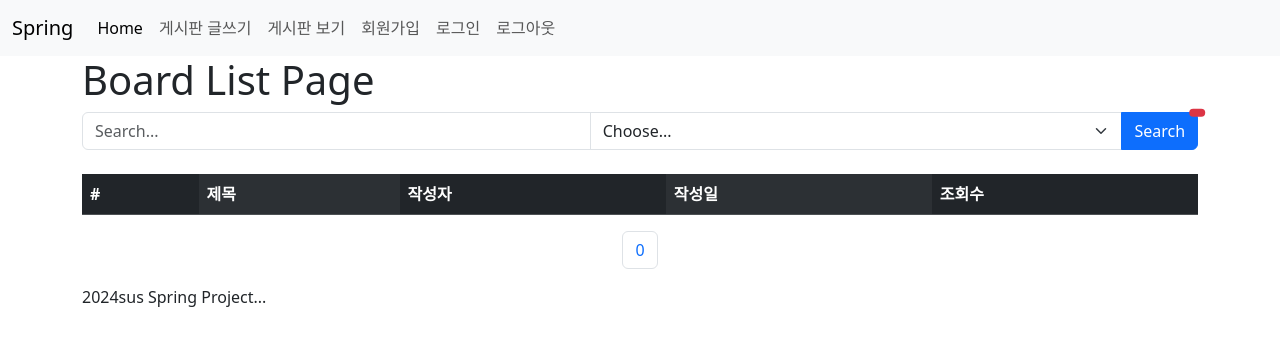
Repository: Ceciliaseon/springTest20240430
Page: http://localhost/spring_study/WEB-INF/views/board/list.jsp
These files come from the project's save history. The page is drawn as it stood at one moment and after the next save; the edit follows.
The browser window is 1280 px wide. The pictures show the whole page.
The page is served by Tomcat 9. Nobody is signed in. The template is opened directly, without the code that normally fills it, so the values that code supplies are empty.

Above is the page before, as saved 2024-04-25 02:36:59.

### spring_study/src/main/webapp/WEB-INF/views/board/list.jsp
<%@ page language="java" contentType="text/html; charset=UTF-8"
    pageEncoding="UTF-8"%>
<%@ taglib uri="http://java.sun.com/jsp/jstl/core" prefix="c"%>

<jsp:include page="../layout/header.jsp" />

<div class="container-md">
	<h1>Board List Page</h1>
	<!-- 검색라인  -->
	<form action="">
		<div class="input-group">
			<input type="text" class="form-control" placeholder="Search..." aria-label="Username">
		  <select class="form-select" id="inputGroupSelect04" aria-label="Example select with button addon">
		    <option selected>Choose...</option>
		    <option value="1">title</option>
		    <option value="2">writer</option>
		    <option value="3">content</option>
		  </select>
		  <button class="btn btn-primary" type="button">
		  	Search
			  <span class="position-absolute top-0 start-100 translate-middle badge rounded-pill bg-danger">
			    ${ph.totalCount }
			    <span class="visually-hidden">unread messages</span>
			  </span>
		  </button>
		</div>
		<br>
	</form>
	<table class="table table-dark table-striped-columns">
		<thead>
			<tr>
				<th>#</th>
				<th>제목</th>
				<th>작성자</th>
				<th>작성일</th>
				<th>조회수</th>
			</tr>
		</thead>
		<tbody>
			<c:forEach items="${list }" var="bvo">
				<tr>
					<td>${bvo.bno }</td>
					<td><a href="/board/detail?bno=${bvo.bno }"> ${bvo.title }</a></td>
					<td>${bvo.writer }</td>
					<td>${bvo.reg_date }</td>
					<td>${bvo.read_count }</td>
				</tr>
			</c:forEach>
		</tbody>
	</table>

	<!-- 페이지네이션 라인 -->
	<nav aria-label="Page navigation example">
	  <ul class="pagination justify-content-center">
	  	<c:if test="${ph.prev }">
	    <li class="page-item">
	      <a class="page-link" href="/board/list?pageNo=${ph.startPage-1 }&qty=${ph.pgvo.qty}" aria-label="Previous">
	        <span aria-hidden="true">&laquo;</span>
	      </a>
	    </li>
	    </c:if>

	    <c:forEach begin="${ph.startPage }" end="${ph.endPage }" var="i">
	    	<li class="page-item">
	    		<a class="page-link" href="/board/list?pageNo=${i }&qty=${ph.pgvo.qty}">${i }</a>
	    	</li>
	    </c:forEach>

	    <c:if test="${ph.next }">
	    <li class="page-item">
	      <a class="page-link" href="/board/list?pageNo=${ph.endPage+1 }&qty=${ph.pgvo.qty}" aria-label="Next">
	        <span aria-hidden="true">&raquo;</span>
	      </a>
	    </li>
	    </c:if>
	  </ul>
	</nav>
</div>

<jsp:include page="../layout/footer.jsp" />

### spring_study/src/main/webapp/WEB-INF/views/layout/header.jsp
<%@ page language="java" contentType="text/html; charset=UTF-8"
    pageEncoding="UTF-8"%>
<!DOCTYPE html>
<html>
<head>
<meta charset="UTF-8">
<title>header.jsp</title>
<link href="https://cdn.jsdelivr.net/npm/bootstrap@5.3.3/dist/css/bootstrap.min.css" rel="stylesheet" integrity="sha384-QWTKZyjpPEjISv5WaRU9OFeRpok6YctnYmDr5pNlyT2bRjXh0JMhjY6hW+ALEwIH" crossorigin="anonymous">
<script src="https://cdn.jsdelivr.net/npm/bootstrap@5.3.3/dist/js/bootstrap.bundle.min.js" integrity="sha384-YvpcrYf0tY3lHB60NNkmXc5s9fDVZLESaAA55NDzOxhy9GkcIdslK1eN7N6jIeHz" crossorigin="anonymous"></script>
</head>
<body>

<nav class="navbar navbar-expand-lg bg-body-tertiary">
  <div class="container-fluid">
    <a class="navbar-brand" href="#">Spring</a>
    <button class="navbar-toggler" type="button" data-bs-toggle="collapse" data-bs-target="#navbarSupportedContent" aria-controls="navbarSupportedContent" aria-expanded="false" aria-label="Toggle navigation">
      <span class="navbar-toggler-icon"></span>
    </button>
    <div class="collapse navbar-collapse" id="navbarSupportedContent">
      <ul class="navbar-nav me-auto mb-2 mb-lg-0">
        <li class="nav-item">
          <a class="nav-link active" aria-current="page" href="#">Home</a>
        </li>
        <li class="nav-item">
          <a class="nav-link" href="/board/register">게시판 글쓰기</a>
        </li>
        <li class="nav-item">
          <a class="nav-link" href="/board/list">게시판 보기</a>
        </li>
        <li class="nav-item">
          <a class="nav-link" href="#">회원가입</a>
        </li>
        <li class="nav-item">
          <a class="nav-link" href="#">로그인</a>
        </li>
        <li class="nav-item">
          <a class="nav-link" href="#">로그아웃</a>
        </li>
      </ul>
    </div>
  </div>
</nav>

### spring_study/src/main/webapp/WEB-INF/views/layout/footer.jsp
<%@ page language="java" contentType="text/html; charset=UTF-8"
    pageEncoding="UTF-8"%>

<div class="container-md">
	2024sus Spring Project...
</div>

</body>
</html>

After the next save:
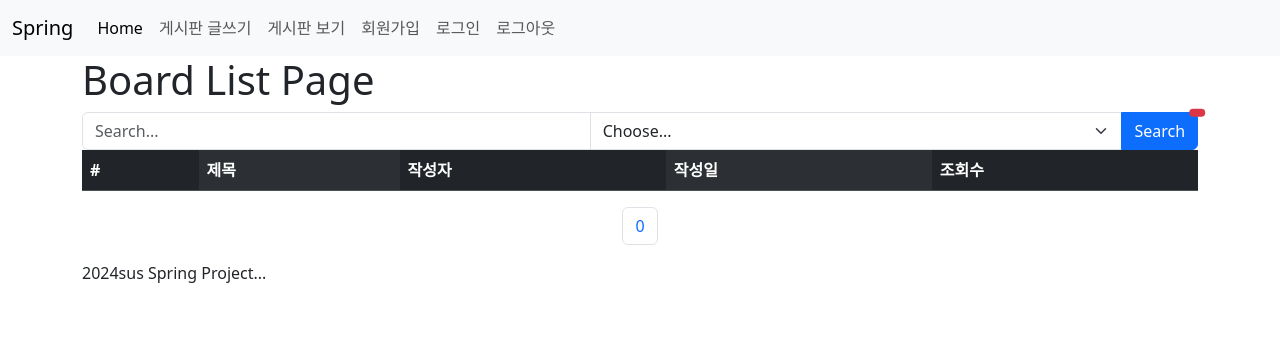
Saved 81 s later.
--- a/spring_study/src/main/webapp/WEB-INF/views/board/list.jsp
+++ b/spring_study/src/main/webapp/WEB-INF/views/board/list.jsp
@@ -7,7 +7,7 @@
 <div class="container-md">
 	<h1>Board List Page</h1>
 	<!-- 검색라인  -->
-	<form action="">
+	<form action="/board/list" method="get" class="row g-3">
 		<div class="input-group">
 			<input type="text" class="form-control" placeholder="Search..." aria-label="Username">
 		  <select class="form-select" id="inputGroupSelect04" aria-label="Example select with button addon">

After the save that followed:
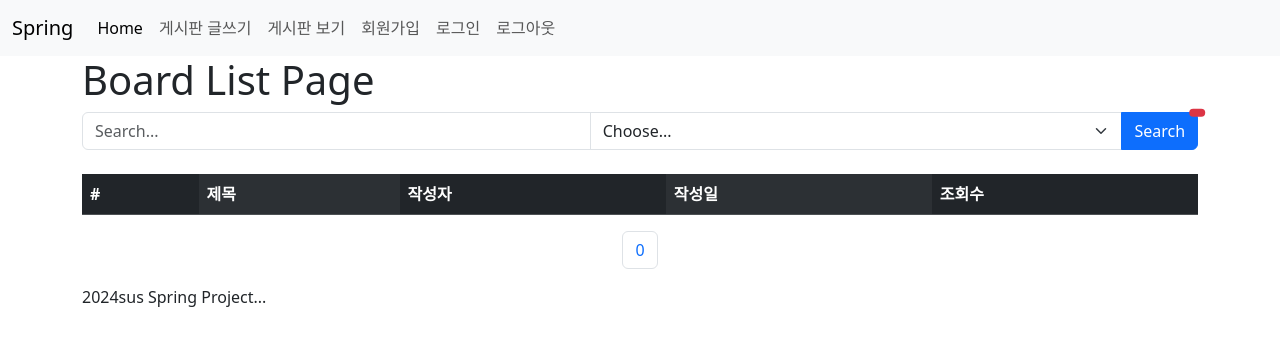
Saved 10 s later.
--- a/spring_study/src/main/webapp/WEB-INF/views/board/list.jsp
+++ b/spring_study/src/main/webapp/WEB-INF/views/board/list.jsp
@@ -7,7 +7,7 @@
 <div class="container-md">
 	<h1>Board List Page</h1>
 	<!-- 검색라인  -->
-	<form action="/board/list" method="get" class="row g-3">
+	<form action="/board/list" method="get">
 		<div class="input-group">
 			<input type="text" class="form-control" placeholder="Search..." aria-label="Username">
 		  <select class="form-select" id="inputGroupSelect04" aria-label="Example select with button addon">
